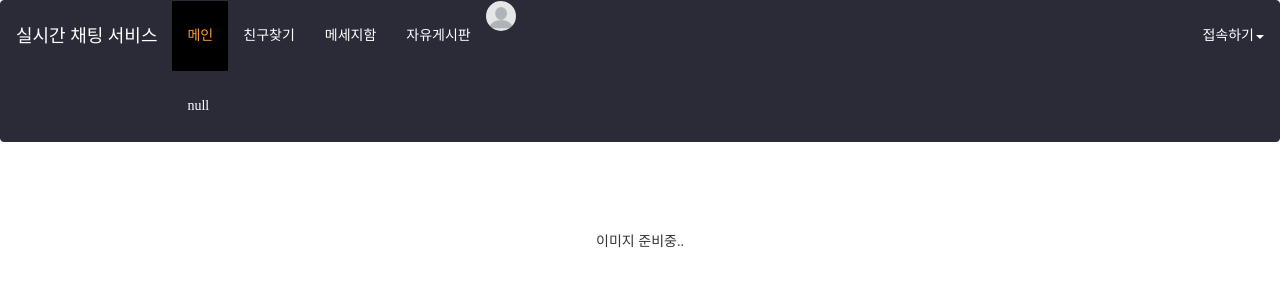
Repository: kkoseunghyun/javaAjaxChat
Page: http://localhost/UserChat/
An editor plug-in stored every save of this project. The page is shown before and after the next save, followed by the edit.
The browser window is 1280 px wide. The pictures show the whole page.
Some web fonts or font styles are not loaded; a fallback is used. Some web libraries are served in a nearby version. The page is served by Tomcat 9. Queries for data that is not in the repository find no rows.

Above is the page before, as saved 2019-07-13 08:24:44.

After the next save:
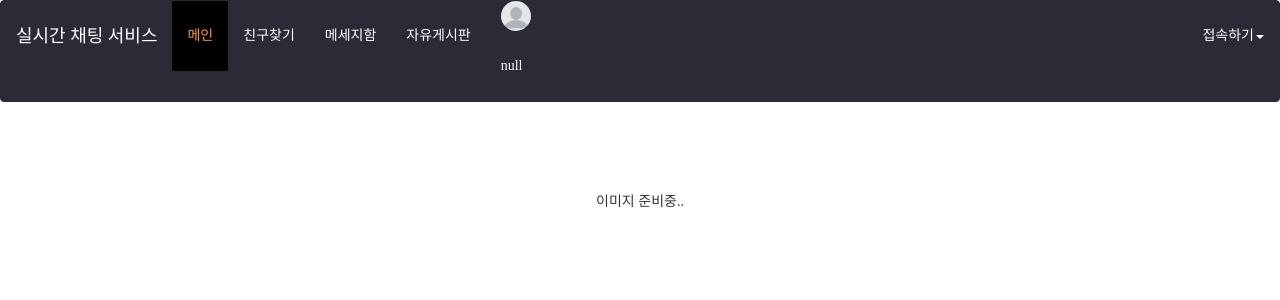
Saved 32 s later.
--- a/JspAjax/UserChat/WebContent/index.jsp
+++ b/JspAjax/UserChat/WebContent/index.jsp
@@ -71,8 +71,8 @@
 				<li><a href="find.jsp">친구찾기</a></li>
 				<li><a href="box.jsp">메세지함<span id="unread" class="label label-info"></span></a></li>
 				<li><a href="boardView.jsp">자유게시판</a></li>
-				<img class="media-object img-circle" style="margin: 0 auto; max-width: 30px; max-height: 30px;" src="<%= userProfile %>"></img>
-				<li><a href="userStatus.jsp"><%= userID %></a></li>
+
+				<li><a href="userStatus.jsp"><img class="media-object img-circle" style="margin: 0 auto; max-width: 30px; max-height: 30px;" src="<%= userProfile %>"></img><%= userID %></a></li>
 			</ul>
 			<%
 				if(userID == null){ // 로그인이 안된사람들에 한해 보여지는 네비게이션 바
